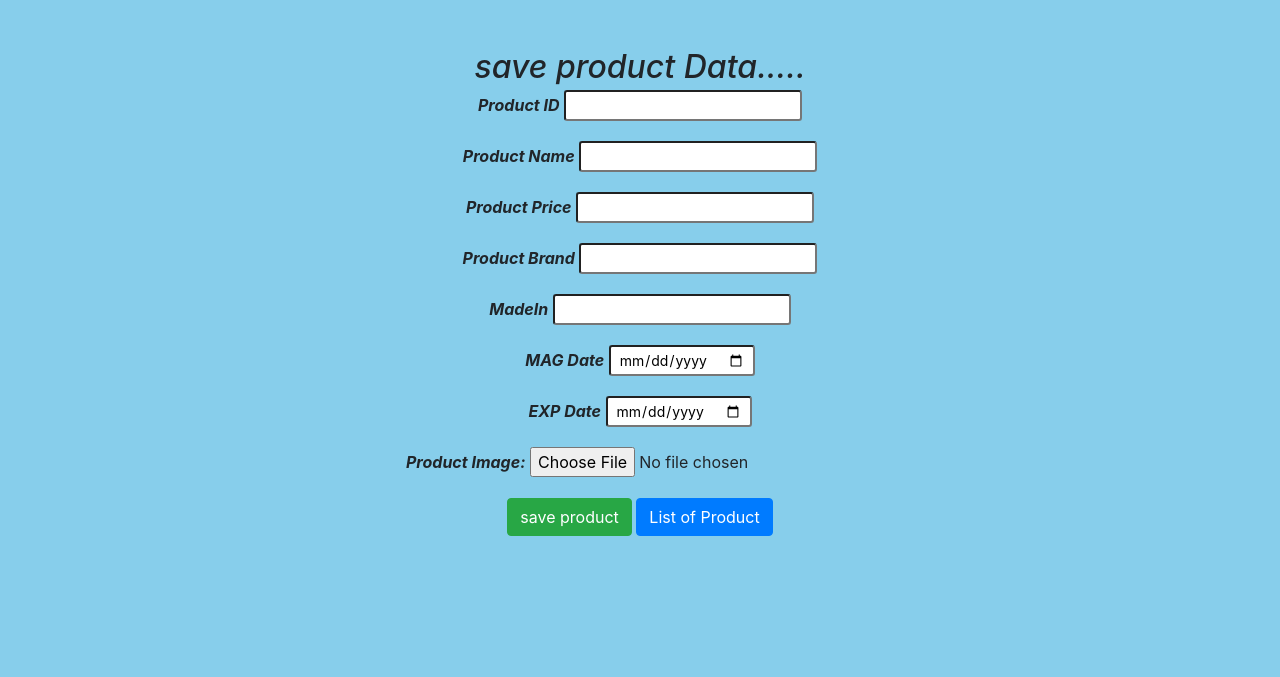
Repository: jrajesh111/Adv-java
Page: ProductAppproject/src/main/webapp/add-product.html
An editor plug-in stored every save of this project. The page is shown before and after the next save, followed by the edit.
The browser window is 1280 px wide. The pictures show the whole page.

Above is the page before, as saved 2024-03-13 04:09:24.

### ProductAppproject/src/main/webapp/add-product.html

<html>
<head>
	<title>Add Product</title>
	<!-- BootStrap CDN link TO GET THE SUPPURT Bootstrap-->
	<link rel="stylesheet"
		href="https://cdn.jsdelivr.net/npm/bootstrap@4.6.0/dist/css/bootstrap.min.css" rel="stylesheet">

	<!-- This is java script validation code location -->
	<script type="text/javascript"   src="formvalidation.js" >

	</script>
</head>
<body style="background-color: skyblue;">

	<div class="container mt-5 text-center">
		<h2 class="text-center font-italic mb-1">save product Data.....</h2>

		<form method="post" action="./AddProductServlet" enctype="multipart/form-data" onsubmit="return validateForm()">

		<div class="form-group">
		<label class="font-italic font-weight-bold" for="proId">Product ID </label>
		<input type="text" class="form-control-sm" id="proId" name="proId" required>
		</div>

		<div class="form-group">
		<label class="font-italic font-weight-bold" for="proName">Product Name </label>
		<input type="text" class="form-control-sm" id="proName" name="proName" required>
		</div>


		<div class="form-group">
		<label class="font-italic font-weight-bold" for="proPrice">Product Price </label>
		<input type="text" class="form-control-sm" id="proPrice" name="proPrice" required>
		</div>

		<div class="form-group">
		<label class="font-italic font-weight-bold" for="proBrand">Product Brand </label>
		<input type="text" class="form-control-sm" id="proBrand" name="proBrand" required>
		</div>


		<div class="form-group">
		<label class="font-italic font-weight-bold" for="proMadeIn">MadeIn </label>
		<input type="text" class="form-control-sm" id="proMadeIn" name="proMadeIn" required>
		</div>


		<div class="form-group">
		<label class="font-italic font-weight-bold" for="Manufacturing Date">MAG Date </label>
		<input type="date" class="form-control-sm" id="Manufacturing Date" name="MfgDate" required>
		</div>


		<div class="form-group">
		<label class="font-italic font-weight-bold" for="Expiry Date">EXP Date </label>
		<input type="date" class="form-control-sm" id="Expiry Date" name="ExpiryDate" required>
		</div>




		<div class="form-group">
		<label class="font-italic font-weight-bold" for="proImage" > Product Image:</label>
		<input type="file" class="form-control-file-sm" id="proImage" name="proImage" accept="image/*" required >
		</div>


		<!--  <div class="form-group">
		<label class="font-italic font-weight-bold" for="proAudio" > Product Audio:</label>
		<input type="file" class="form-control-file-sm" id="proAudio" name="proAudio" accept="audio/*" required >
		</div> -->

	<!--  	<div class="form-group">
		<label class="font-italic font-weight-bold" for="proVideo" > Product Video:</label>
		<input type="file" class="form-control-file-sm" id="proVideo" name="proVideo" accept="video/*" required >
		</div> -->

		<div >
		<input type="submit" class="btn btn-success" value="save product">
		<a href="productList.jsp" class="btn btn-primary"> List of Product</a>
		</div>
		</form>
	</div>
</body>
</html>

### ProductAppproject/src/main/webapp/formvalidation.js
function validateForm()
{
	//Read the form data
	var proId=document.getElementById("proId").value;
	var proName=document.getElementById("proName").value;
	var proPrice=document.getElementById("proPrice").value;
	var proBrand=document.getElementById("proBrand").value;
	var proMadeIn=document.getElementById("proMadeIn").value;

	if(proId.trim()=== "" || proName.trim()=== ""||proPrice.trim()=== ""||proBrand.trim()=== ""||proMadeIn.trim()=== "")
	{
		alert("All fields must be filled out");
	    return false;
	}
	if(parseFloat(proPrice)<0)
	{
		alert("proPrice must be a non-negative value");
		return false;
	}
	if(proName.length>50 || proBrand.length>50)
	{
		alert("Product name and proBrand must be less than 50 charecters");
		return false;
	}
	//get the mfg & exp dates
	var proMfgDate=document.getElementById("proMfgDate").value;
	var proExpDate =document.getElementById("proExpDate").value;

	//convert into date format
	var manufacturingDateObj=new Date(proMfgDate);
	var expiryDateObj=new Date(proExpDate);

	//check the validation of dates
	if(manufacturingDateObj>expiryDateObj)
	{
		alert("Manufacturing date cannot be greater than expiry date.");
		return false;
	}
	return true;
}

After the next save:
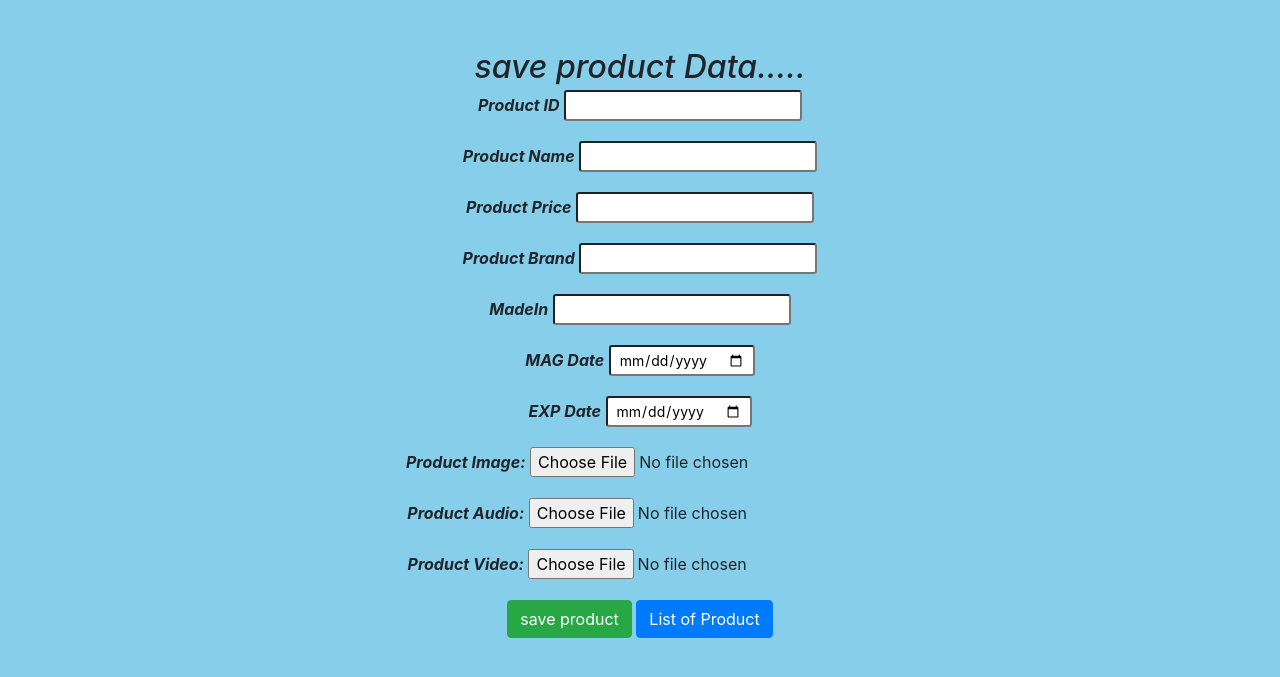
Saved 42 s later.
--- a/ProductAppproject/src/main/webapp/add-product.html
+++ b/ProductAppproject/src/main/webapp/add-product.html
@@ -66,15 +66,15 @@
 		</div>
 
 
-		<!--  <div class="form-group">
+		 <div class="form-group">
 		<label class="font-italic font-weight-bold" for="proAudio" > Product Audio:</label>
 		<input type="file" class="form-control-file-sm" id="proAudio" name="proAudio" accept="audio/*" required >
-		</div> -->
+		</div>
 
-	<!--  	<div class="form-group">
+	<div class="form-group">
 		<label class="font-italic font-weight-bold" for="proVideo" > Product Video:</label>
 		<input type="file" class="form-control-file-sm" id="proVideo" name="proVideo" accept="video/*" required >
-		</div> -->
+		</div>
 
 		<div >
 		<input type="submit" class="btn btn-success" value="save product">
